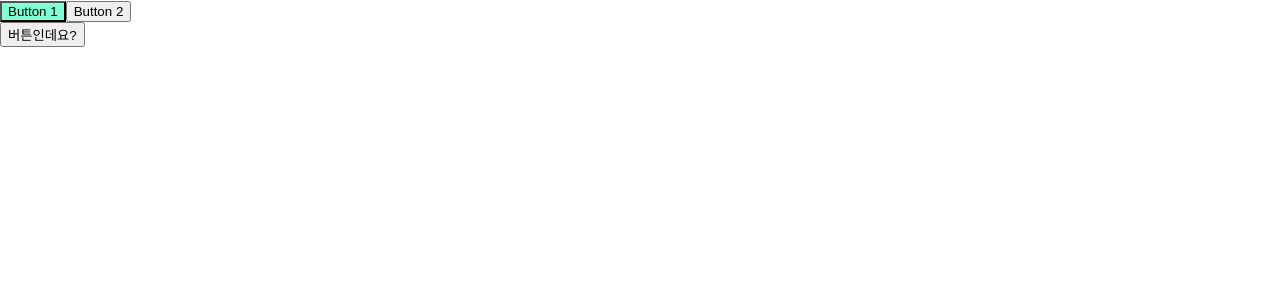
Repository: dnjfht/css-example
Page: /
An editor plug-in stored every save of this project. The page is shown before and after the next save, followed by the edit.
The browser window is 1280 px wide. The pictures show the whole page.
The project was rebuilt for these pictures with package versions that can differ from the ones it lists, and the page was loaded fresh each time.

Above is the page before, as saved 2023-05-15 13:05:43.

After the next save:
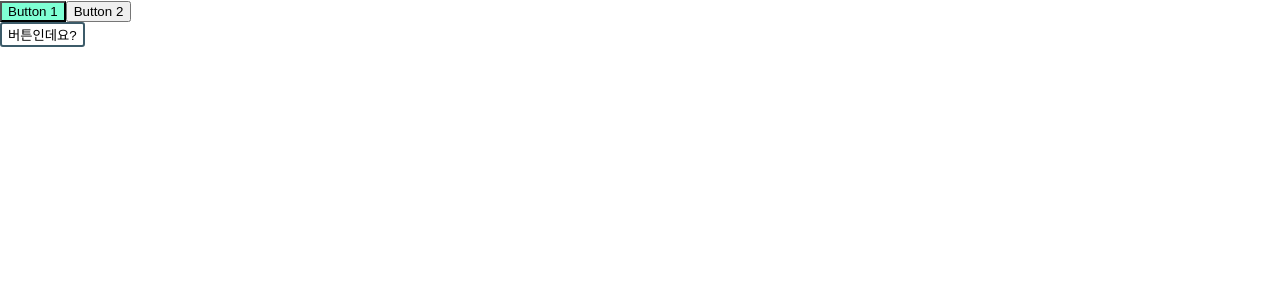
Saved 2 min 21 s later.
--- a/src/App.js
+++ b/src/App.js
@@ -7,7 +7,11 @@ const Container = styled.div`
   display: flex;
 `;
 
-const Button = styled.button``;
+const Button = styled.button`
+  background-color: transparent;
+  border-radius: 3px;
+  border: 2px solid #3c5b69;
+`;
 
 export default function App() {
   return (
